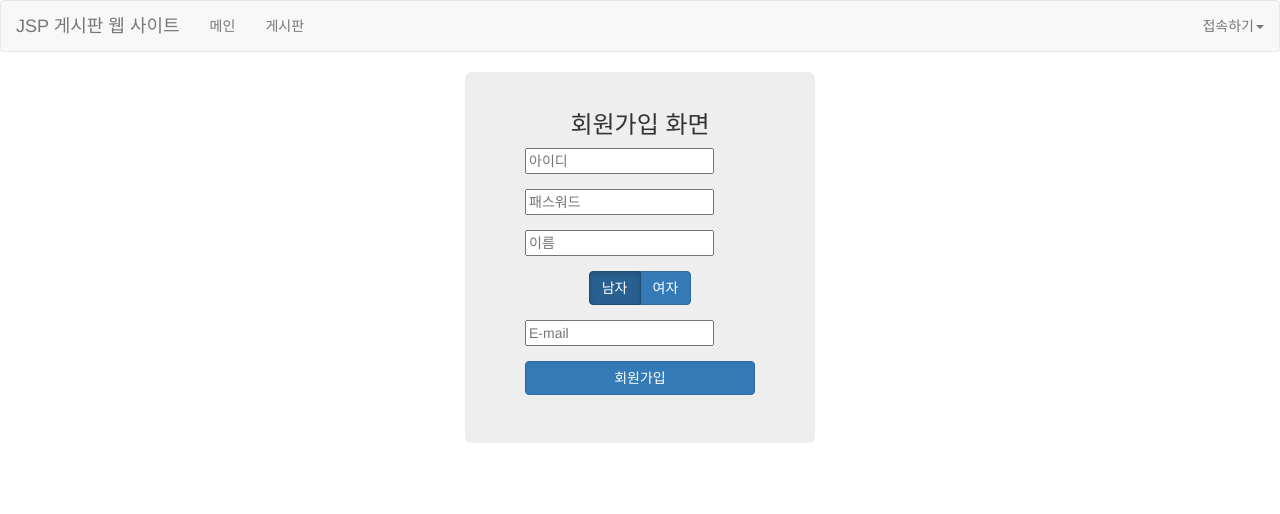
Repository: LeeJaeweon/Project
Page: http://localhost/BBS/join_test.jsp
These files come from the project's save history. The page is drawn as it stood at one moment and after the next save; the edit follows.
The browser window is 1280 px wide. The pictures show the whole page.
Some web libraries are served in a nearby version. The page is served by Tomcat 9. Other server files are loaded and not shown.

Above is the page before, as saved 2023-06-13 05:43:40.

### BBS/src/main/webapp/join_test.jsp
<%@ page language="java" contentType="text/html; charset=UTF-8"
    pageEncoding="UTF-8"%>
<!DOCTYPE html>
<html>
<head>
<meta charset="UTF-8">
<!--부트스트랩은 어떤device로 접속하더라도 해상도에 맞게 알아서 설정되는 탬플릿이다. -->
<meta name="viewport" content="width=device-width" , initial-scale="1">
<!--스타일시트를 참조, 주소는 css안에 부트스트랩.css-->
<link rel="stylesheet" href="css/bootstrap.css">
<title>회원가입</title>
</head>
<body>
	<nav class="navbar navbar-default">
		<div class="navbar-header">
			<button type="button" class="navbar-toggle collapsed"
				data-toggle="collapse" data-target="#bs-example-navbar-collapse-1"
				aria-expanded="false">
				<span class="icon-bar"></span>
				<span class="icon-bar"></span>
				<span class="icon-bar"></span>
			</button>
			<a class="navbar-brand" href="main.jsp">JSP 게시판 웹 사이트</a>
		</div>
		<div class="collapse navbar-collapse" id="bs-example-navbar-collapse-1">
			<ul class="nav navbar-nav">
				<li><a href="main.jsp">메인</a></li>
				<li><a href="bbs.jsp">게시판</a></li>
			</ul>
			<ul class="nav navbar-nav navbar-right">
				<li class="dropdown">
					<a href="#" class="dropdown-toggle"
						data-toggle="dropdown" role="button" aria-haspopup="true"
						aria-expanded="false">접속하기<span class="caret"></span></a>
					<ul class="dropdown-menu">
						<li class="active"><a href="login.jsp">로그인</a></li>
						<li><a href="join.jsp">회원가입</a></li>
					</ul>
				</li>
			</ul>
		</div>
	</nav>
	<div class="container">
		<div class="col-lg-4"></div>
		<div class="col-lg-4">
			<div class="jumbotron" style="padding-top: 20px;">
				<form method="post" action="joinAction.jsp">
					<h3 style="text-align: center;">회원가입 화면</h3>
					<div class="form-group">
						<input type="text" class="from-control" placeholder="아이디" name="userID" maxlength="20">
					</div>
					<div class="form-group">
						<input type="password" class="from-control" placeholder="패스워드" name="userPassword" maxlength="20">
					</div>
					<div class="form-group">
						<input type="text" class="from-control" placeholder="이름" name="userName" maxlength="20">
					</div>
					<div class="form-group" style="text-align: center;">
						<div class="btn-group" data-toggle="buttons">
							<label class="btn btn-primary active">
								<input type="radio" name="userGender" autocomplete="on" value="남자" checked>남자
							</label>
							<label class="btn btn-primary">
								<input type="radio" name="userGender" autocomplete="off" value="여자" checked>여자
							</label>
						</div>
					</div>
					<div class="form-group">
						<input type="email" class="from-control" placeholder="E-mail" name="userEmail" maxlength="50">
					</div>
					<input type="submit" class="btn btn-primary form-control" value="회원가입">
				</form>
			</div>
		</div>
		<div class="col-lg-4"></div>
	</div>
	<script src="http://code.jquery.com/jquery-3.1.1.min.js"></script>
	<script src="js/bootstrap.js"></script>
</body>
</html>

Loaded but not shown: BBS/src/main/webapp/css/bootstrap.css (library); BBS/src/main/webapp/js/bootstrap.js (library)

After the next save:
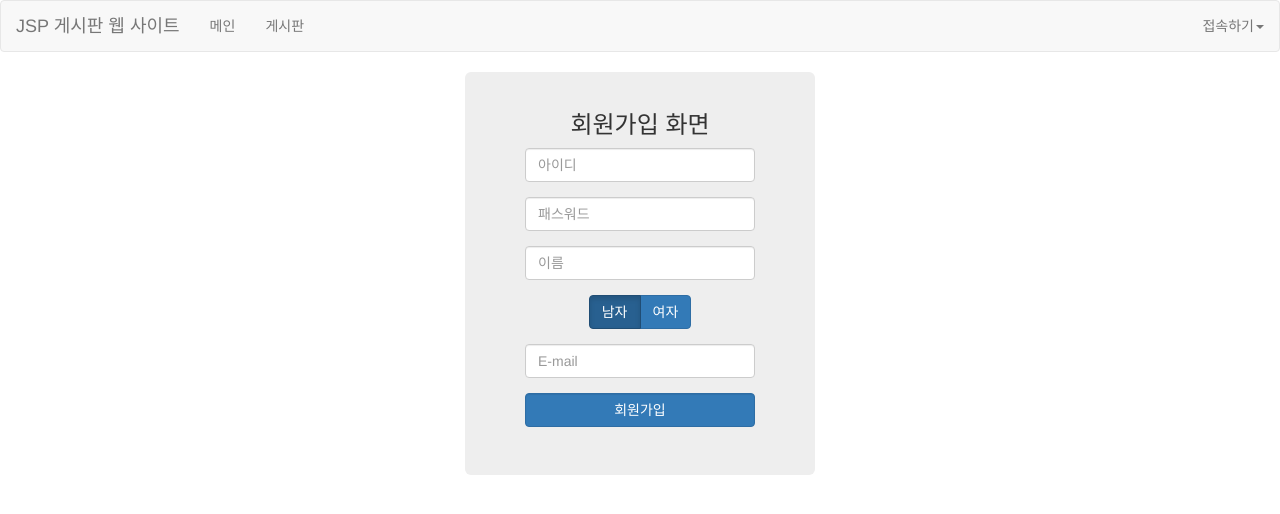
Saved 95 s later.
--- a/BBS/src/main/webapp/join_test.jsp
+++ b/BBS/src/main/webapp/join_test.jsp
@@ -47,13 +47,13 @@
 				<form method="post" action="joinAction.jsp">
 					<h3 style="text-align: center;">회원가입 화면</h3>
 					<div class="form-group">
-						<input type="text" class="from-control" placeholder="아이디" name="userID" maxlength="20">
+						<input type="text" class="form-control" placeholder="아이디" name="userID" maxlength="20">
 					</div>
 					<div class="form-group">
-						<input type="password" class="from-control" placeholder="패스워드" name="userPassword" maxlength="20">
+						<input type="password" class="form-control" placeholder="패스워드" name="userPassword" maxlength="20">
 					</div>
 					<div class="form-group">
-						<input type="text" class="from-control" placeholder="이름" name="userName" maxlength="20">
+						<input type="text" class="form-control" placeholder="이름" name="userName" maxlength="20">
 					</div>
 					<div class="form-group" style="text-align: center;">
 						<div class="btn-group" data-toggle="buttons">
@@ -66,7 +66,7 @@
 						</div>
 					</div>
 					<div class="form-group">
-						<input type="email" class="from-control" placeholder="E-mail" name="userEmail" maxlength="50">
+						<input type="email" class="form-control" placeholder="E-mail" name="userEmail" maxlength="50">
 					</div>
 					<input type="submit" class="btn btn-primary form-control" value="회원가입">
 				</form>
